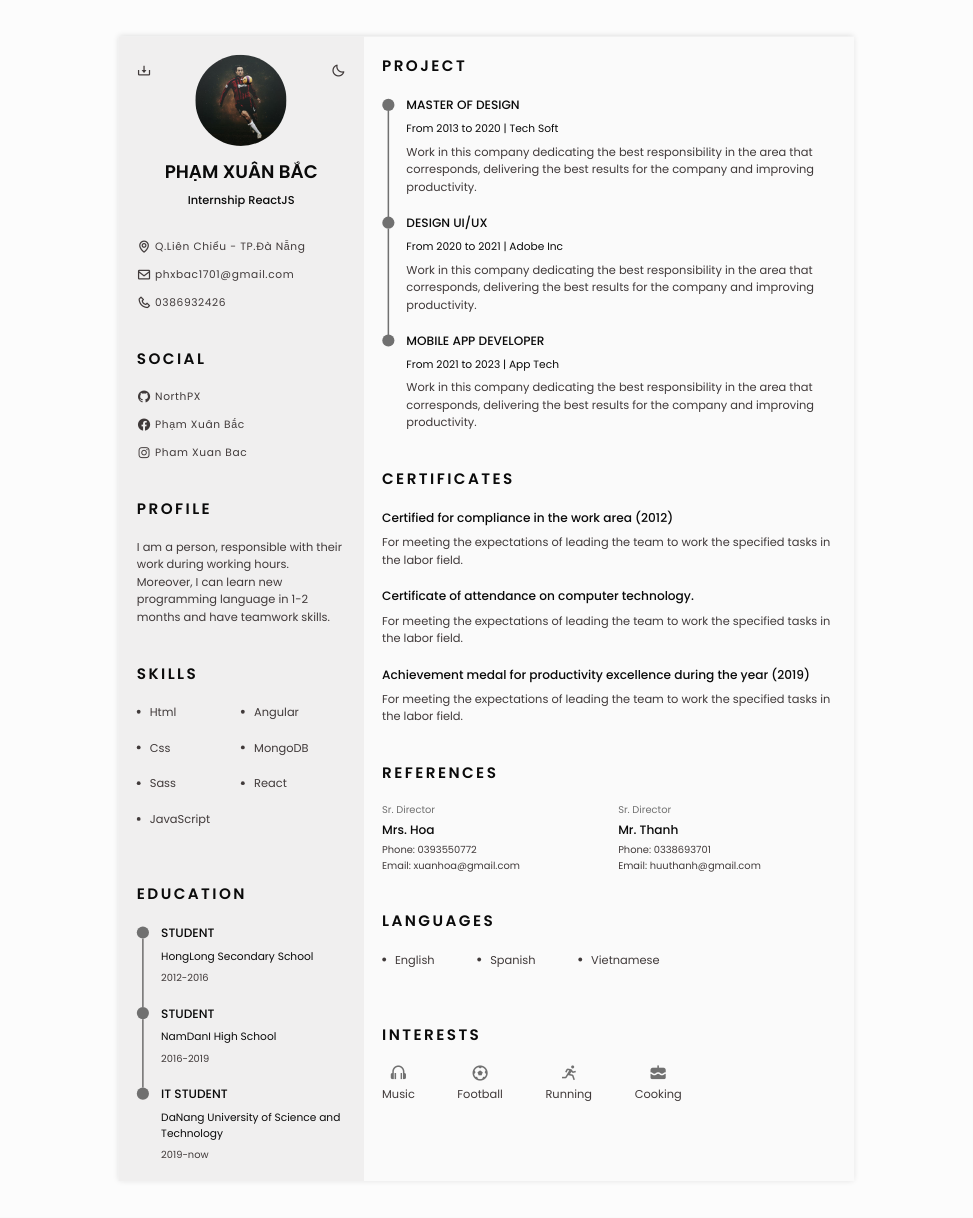
Repository: northpx/myCV
Page: index.html
An editor plug-in stored every save of this project. The page is shown before and after the next save, followed by the edit.
The browser window is 1280 px wide. The pictures show the whole page, at 76% of full size.

Above is the page before, as saved 2023-02-23 16:49:09.

### index.html
<!DOCTYPE html>
<html lang="en">
<head>
    <meta charset="UTF-8">
    <meta http-equiv="X-UA-Compatible" content="IE=edge">
    <meta name="viewport" content="width=device-width, initial-scale=1.0">
    <link rel="stylesheet" href="./src/css/styles.css">
    <link rel="stylesheet" href="https://cdn.jsdelivr.net/npm/boxicons@latest/css/boxicons.min.css">
    <title>Pham Xuan Bac</title>
</head>
<body>
    <header class="l-header" id="header">
        <nav class="nav bd-container">
            <a href="#" class="nav__logo">Bac</a>
            <div class="nav__menu" id="nav-menu">
                <ul class="nav__list">
                    <li class="nav__item">
                        <a href="#home" class="nav__link active-link">
                            <i class='bx bx-home nav__icon' ></i>HOME
                        </a>
                    </li>
                    <li class="nav__item">
                        <a href="#profile" class="nav__link">
                            <i class='bx bx-user nav__icon' ></i>USER
                        </a>
                    </li>
                    <li class="nav__item">
                        <a href="#education" class="nav__link">
                            <i class='bx bx-book nav__icon' ></i>EDUCATION
                        </a>
                    </li>
                    <li class="nav__item">
                        <a href="#skills" class="nav__link">
                            <i class='bx bx-receipt nav__icon' ></i>SKILLS
                        </a>
                    </li>
                    <li class="nav__item">
                        <a href="#project" class="nav__link">
                            <i class='bx bx-briefcase-alt nav__icon' ></i>PROJECT
                        </a>
                    </li>
                    <li class="nav__item">
                        <a href="#certificates" class="nav__link">
                            <i class='bx bx-award nav__icon' ></i>CERTIFICATES
                        </a>
                    </li>

                    <li class="nav__item">
                        <a href="#references" class="nav__link">
                            <i class='bx bx-link-external nav__icon' ></i>REFERENCES
                        </a>
                    </li>
                </ul>
            </div>

            <div class="nav__toogle" id="nav-toggle">
                <i class="bx bx-grid-alt"></i>
            </div>
        </nav>
    </header>
    <main class="l-main bd-container">
        <div class="resume" id="area-cv">
            <div class="resume__left">
                <section class="home" id="home">
                    <div class="home__container section bd-grid">
                        <div class="home__data bd-grid">
                            <img src="./src/img/z3668101589347_355da8c054c5f58beb49364ce3f9e5b5.jpg" alt="" class="home__img">
                            <h1 class="home__title"><b>PHẠM XUÂN BẮC</b></h1>
                            <h3 class="home__profession">Internship ReactJS</h3>
                            <div>
                                <a download="" href="./src/pdf/resumecv.pdf" class="home__button-movil">Download</a>
                            </div>
                        </div>
                        <div class="home__address bd-grid">
                            <span class="home__information">
                                <i class="bx bx-map home__icon"></i> Q.Liên Chiểu - TP.Đà Nẵng
                            </span>
                            <span class="home__information">
                                <i class="bx bx-envelope home__icon"></i> phxbac1701@gmail.com
                            </span>
                            <span class="home__information">
                                <i class="bx bx-phone home__icon"></i> 0386932426
                            </span>
                        </div>
                    </div>
                    <i class="bx bx-moon change-theme" title="Theme" id="theme-button"></i>
                    <i class="bx bx-download generate-pdf" title="Generate PDF" id="resume-button"></i>
                </section>

                <section class="social section">
                    <h2 class="section-title">Social</h2>
                    <div class="social__container bd-grid">
                        <a href="https://github.com/northpx" target="_blank" class="social_link">
                            <i class="bx bxl-github social__icon"></i> NorthPX
                        </a>
                        <a href="https://www.facebook.com/north.px.13/" target="_blank" class="social_link">
                            <i class="bx bxl-facebook-circle social__icon"></i> Phạm Xuân Bắc
                        </a>
                        <a href="https://www.instagram.com/_north.px_/" target="_blank" class="social_link">
                            <i class="bx bxl-instagram social__icon"></i> Pham Xuan Bac
                        </a>
                    </div>
                </section>

                <section class="profile section" id="profile">
                    <h2 class="section-title">Profile</h2>
                    <p class="profile__description">
                        I am a person, responsible with their work during working hours. Moreover, I can learn new programming language in 1-2 months and have teamwork skills.
                    </p>
                </section>

                <section class="skills section" id="skills">
                    <h2 class="section-title">Skills</h2>
                    <div class="skills__content bd-grid">
                        <ul class="skills__data">
                            <li class="skills__name">
                                <span class="skills__circle"></span> Html
                            </li>
                            <li class="skills__name">
                                <span class="skills__circle"></span> Css
                            </li>
                            <li class="skills__name">
                                <span class="skills__circle"></span> Sass
                            </li>
                            <li class="skills__name">
                                <span class="skills__circle"></span> JavaScript
                            </li>
                        </ul>

                        <ul class="skills__data">
                            <li class="skills__name">
                                <span class="skills__circle"></span> Angular
                            </li>
                            <li class="skills__name">
                                <span class="skills__circle"></span> MongoDB
                            </li>
                            <li class="skills__name">
                                <span class="skills__circle"></span> React
                            </li>
                        </ul>
                    </div>
                </section>

                <section class="education section" id="education">
                    <h2 class="section-title">Education</h2>
                    <div class="education__container bd-grid">
                        <div class="education__content">
                            <div class="education__time">
                                <span class="education__rounder"></span>
                                <span class="education__line"></span>
                            </div>
                            <div class="education__data bd-grid">
                                <h3 class="education__title">STUDENT</h3>
                                <span class="education__studies">HongLong Secondary School</span>
                                <span class="education__year">2012-2016</span>
                            </div>
                        </div>

                        <div class="education__content">
                            <div class="education__time">
                                <span class="education__rounder"></span>
                                <span class="education__line"></span>
                            </div>
                            <div class="education__data bd-grid">
                                <h3 class="education__title">STUDENT</h3>
                                <span class="education__studies">NamDanI High School</span>
                                <span class="education__year">2016-2019</span>
                            </div>
                        </div>

                        <div class="education__content">
                            <div class="education__time">
                                <span class="education__rounder"></span>
                                <!-- <span class="education__line"></span> -->
                            </div>
                            <div class="education__data bd-grid">
                                <h3 class="education__title">IT STUDENT</h3>
                                <span class="education__studies">DaNang University of Science and Technology</span>
                                <span class="education__year">2019-now</span>
                            </div>
                        </div>
                    </div>
                </section>

            </div>

            <div class="resume__right">
                <section class="project section" id="project">
                    <h2 class="section-title">project</h2>
                    <div class="project__container bd-grid">
                        <div class="project__content">
                            <div class="project__time">
                                <span class="project__rounder"></span>
                                <span class="project__line"></span>
                            </div>
                            <div class="project__data bd-grid">
                                <h3 class="project__title">MASTER OF DESIGN</h3>
                                <span class="project__company">From 2013 to 2020 | Tech Soft</span>
                                <p class="project__description">Work in this company dedicating the best responsibility in the area that corresponds, delivering the best results for the company and improving productivity.</p>
                            </div>
                        </div>
                        <div class="project__content">
                            <div class="project__time">
                                <span class="project__rounder"></span>
                                <span class="project__line"></span>
                            </div>
                            <div class="project__data bd-grid">
                                <h3 class="project__title">DESIGN UI/UX</h3>
                                <span class="project__company">From 2020 to 2021 | Adobe Inc</span>
                                <p class="project__description">Work in this company dedicating the best responsibility in the area that corresponds, delivering the best results for the company and improving productivity.</p>
                            </div>
                        </div>
                        <div class="project__content">
                            <div class="project__time">
                                <span class="project__rounder"></span>
                            </div>
                            <div class="project__data bd-grid">
                                <h3 class="project__title">MOBILE APP DEVELOPER</h3>
                                <span class="project__company">From 2021 to 2023 | App Tech</span>
                                <p class="project__description">Work in this company dedicating the best responsibility in the area that corresponds, delivering the best results for the company and improving productivity.</p>
                            </div>
                        </div>
                    </div>
                </section>

                <section class="certificate section" id="certificates">
                    <h2 class="section-title">Certificates</h2>
                    <div class="certificate__container bd-grid">
                        <div class="certificate__content">
                            <h3 class="certificate__title">Certified for compliance in the work area (2012)</h3>
                            <p class="certificate__description">For meeting the expectations of leading the team to work the specified tasks in the labor field.</p>
                        </div>

                        <div class="certificate__content">
                            <h3 class="certificate__title">Certificate of attendance on computer technology.</h3>
                            <p class="certificate__description">For meeting the expectations of leading the team to work the specified tasks in the labor field.</p>
                        </div>

                        <div class="certificate__content">
                            <h3 class="certificate__title">Achievement medal for productivity excellence during the year (2019)</h3>
                            <p class="certificate__description">For meeting the expectations of leading the team to work the specified tasks in the labor field.</p>
                        </div>
                    </div>
                </section>

                <section class="references section" id="references">
                    <h2 class="section-title">References</h2>
                    <div class="references__container bd-grid">
                        <div class="references__content bd-grid">
                            <span class="references__subtitle">Sr. Director</span>
                            <h3 class="references__title">Mrs. Hoa</h3>
                            <ul class="references__contact">
                                <li>Phone: 0393550772</li>
                                <li>Email: xuanhoa@gmail.com</li>
                            </ul>
                        </div>

                        <div class="references__content bd-grid">
                            <span class="references__subtitle">Sr. Director</span>
                            <h3 class="references__title">Mr. Thanh</h3>
                            <ul class="references__contact">
                                <li>Phone: 0338693701</li>
                                <li>Email: huuthanh@gmail.com</li>
                            </ul>
                        </div>
                    </div>
                </section>

                <section class="languages section">
                    <h2 class="section-title">Languages</h2>
                    <div class="languages__container bd-grid">
                        <ul class="languages__content bd-grid">
                            <li class="languages_name">
                                <span class="languages__circle"></span> English
                            </li>
                            <li class="languages_name">
                                <span class="languages__circle"></span> Spanish
                            </li>
                            <li class="languages_name">
                                <span class="languages__circle"></span> Vietnamese
                            </li>

                        </ul>
                    </div>
                </section>

                <section class="interests section">
                    <h2 class="section-title">Interests</h2>
                    <div class="interests__container bd-grid">
                        <div class="interests__content">
                            <i class="bx bx-headphone interests__icon"></i>
                            <span class="interests__name">Music</span>
                        </div>
                        <div class="interests__content">
                            <i class='bx bx-football interests__icon' ></i>
                            <span class="interests__name">Football</span>
                        </div>
                        <div class="interests__content">
                            <i class='bx bx-run interests__icon' ></i>
                            <span class="interests__name">Running</span>
                        </div>
                        <div class="interests__content">
                            <i class='bx bxs-cake interests__icon' ></i>
                            <span class="interests__name">Cooking</span>
                        </div>
                    </div>
                </section>
            </div>
        </div>
    </main>

    <a href="#" class="scrolltop" id="scroll-top">
        <i class="bx bx-up-arrow-alt scrolltop__icon"></i>
    </a>
    <script src="./src/js/html2pdf.bundle.min.js"></script>
    <script src="./src/js/scripts.js"></script>
</body>
</html>

Loaded but not shown: src/js/html2pdf.bundle.min.js (library); src/js/scripts.js (107 lines, source omitted); src/css/styles.css (578 lines, source omitted)

After the next save:
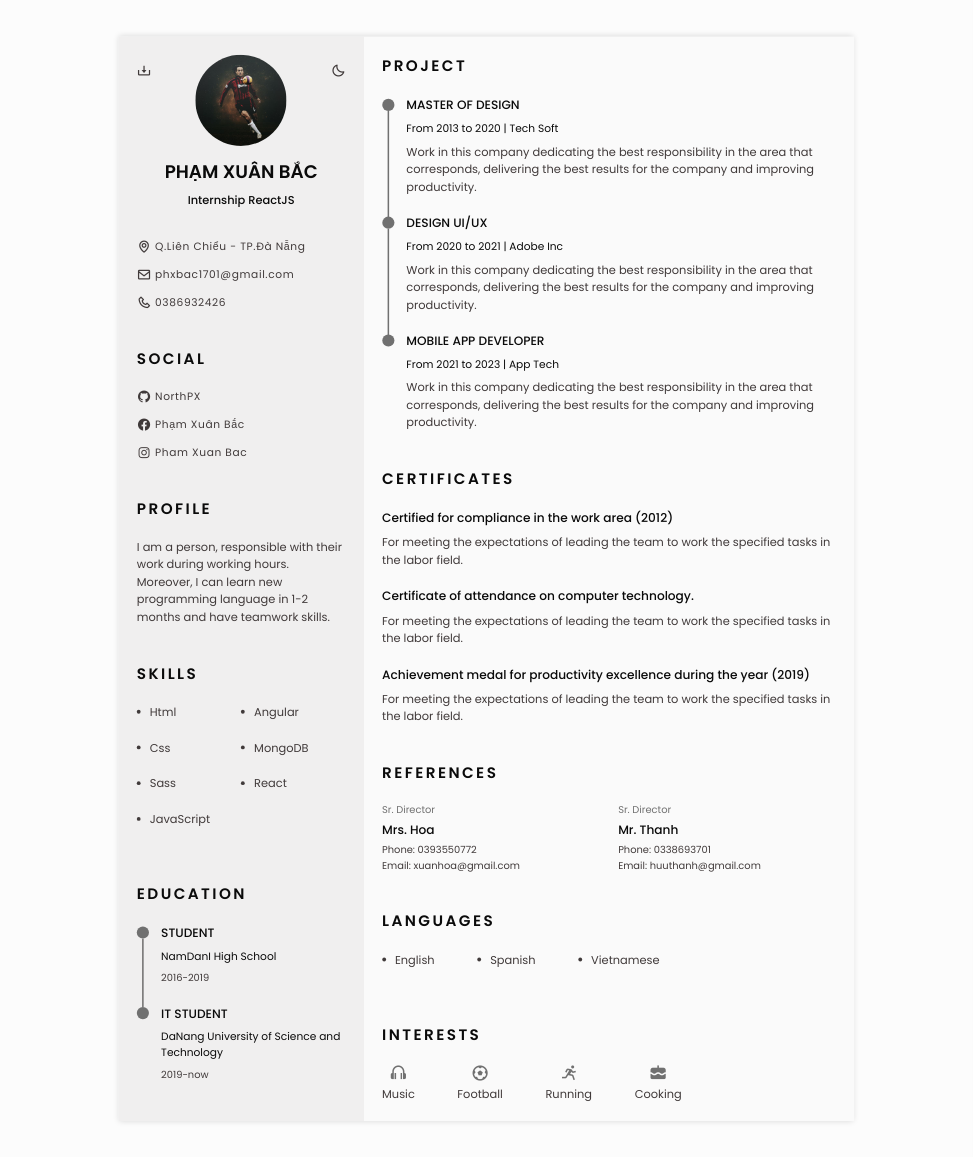
Saved 4 min 33 s later.
--- a/index.html
+++ b/index.html
@@ -144,7 +144,7 @@
                 <section class="education section" id="education">
                     <h2 class="section-title">Education</h2>
                     <div class="education__container bd-grid">
-                        <div class="education__content">
+                        <!-- <div class="education__content">
                             <div class="education__time">
                                 <span class="education__rounder"></span>
                                 <span class="education__line"></span>
@@ -154,7 +154,7 @@
                                 <span class="education__studies">HongLong Secondary School</span>
                                 <span class="education__year">2012-2016</span>
                             </div>
-                        </div>
+                        </div> -->
 
                         <div class="education__content">
                             <div class="education__time">
